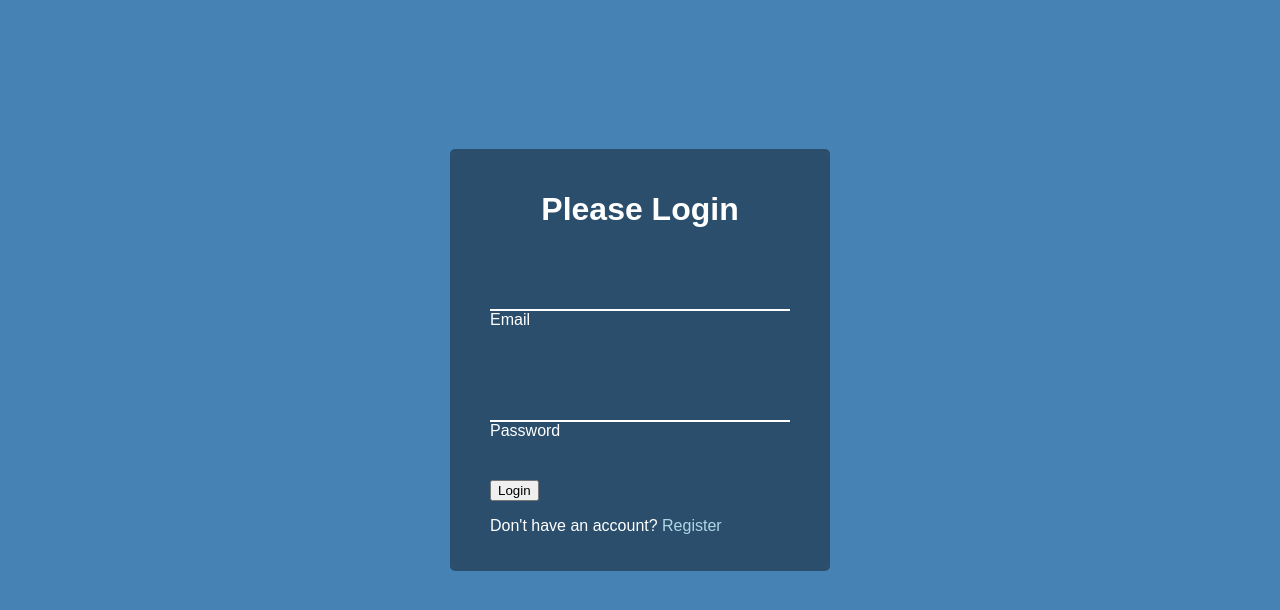
Repository: thecoachanna/form-animation
Page: index.html
The author's editor kept a copy of each file at every save. The page is drawn from the files as they stood at one save, then again after a run of saves.
The browser window is 1280 px wide. The pictures show the whole page.
Some web fonts or font styles are not loaded; a fallback is used.

Above is the page before, as saved 2023-02-26 09:57:52.

After the next 3 saves:
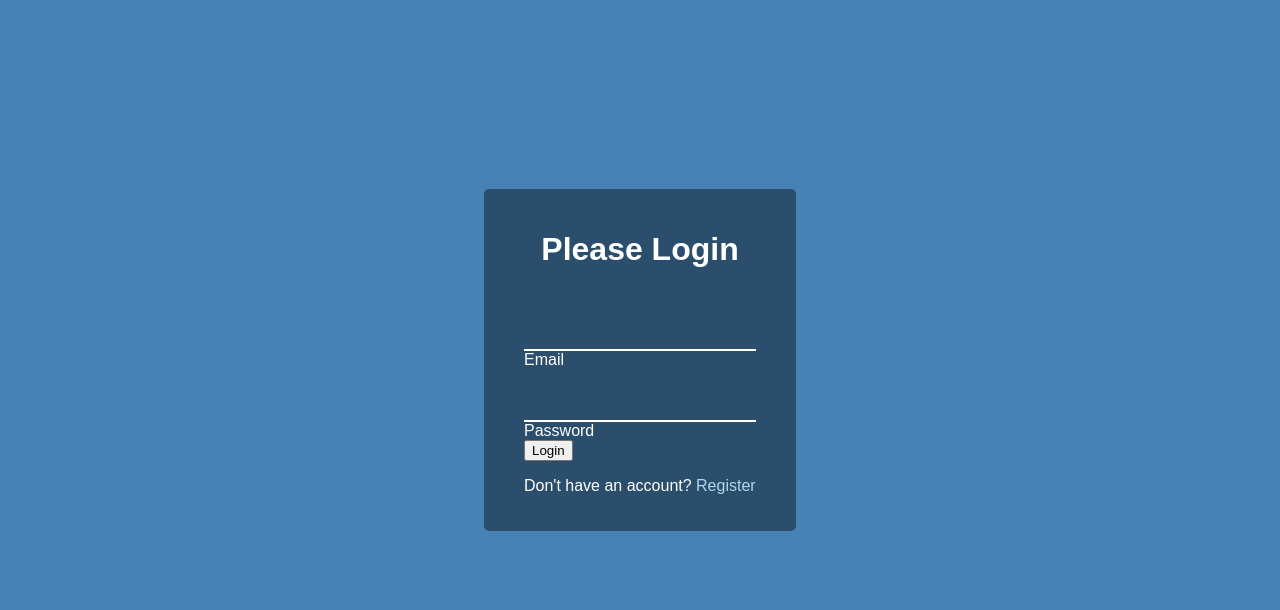
The 3 saves are shown as one change because they came seconds apart.
The last was saved 71 s later.
--- a/style.css
+++ b/style.css
@@ -34,6 +34,8 @@
     color: lightblue;
 }
 
+.btn
+
 .form-control {
     position: relative;
     margin: 20px 0 40px;

After the save that followed:
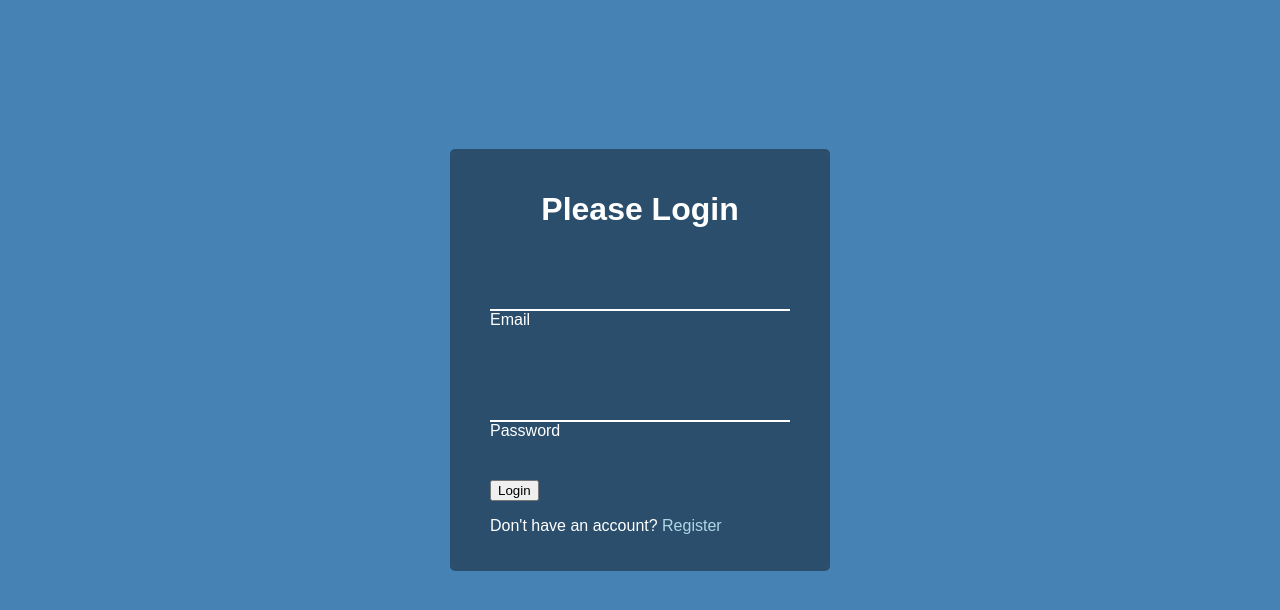
Saved 4 s later.
--- a/style.css
+++ b/style.css
@@ -34,7 +34,9 @@
     color: lightblue;
 }
 
-.btn
+.btn {
+    cursor: ;
+}
 
 .form-control {
     position: relative;
